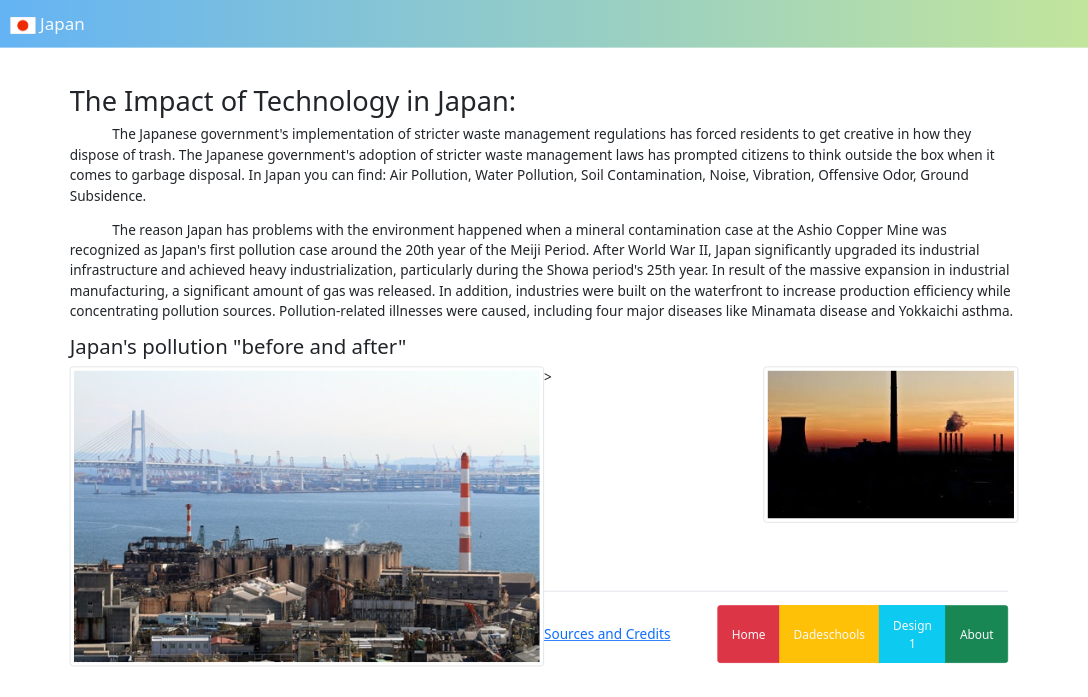
Repository: mrchilliballs/mrchilliballs.github.io
Page: untitled-2.html
These files come from the project's save history. The page is drawn as it stood at one moment and after the next save; the edit follows.
The browser window is 1280 px wide. The pictures show the whole page, at 85% of full size.

Above is the page before, as saved 2021-09-02 19:06:41.

### untitled-2.html
<!DOCTYPE html>
<html lang="en">
<head>
    <meta charset="UTF-8">
    <meta http-equiv="X-UA-Compatible" content="IE=edge">
    <!-- CSS only -->
<link href="https://cdn.jsdelivr.net/npm/bootstrap@5.1.0/dist/css/bootstrap.min.css" rel="stylesheet" integrity="sha384-KyZXEAg3QhqLMpG8r+8fhAXLRk2vvoC2f3B09zVXn8CA5QIVfZOJ3BCsw2P0p/We" crossorigin="anonymous">
    <meta name="viewport" content="width=device-width, initial-scale=1.0">
    <title>Document</title>
    <style>
@keyframes AnimationName {
    0%{background-position:0% 50%}
    50%{background-position:100% 50%}
    100%{background-position:0% 50%}
}
#navabr {
    animation: AnimationName 1s ease infinite !important;
    background: #c2e59c;  /* fallback for old browsers */
    background: -webkit-linear-gradient(to right, #64b3f4, #c2e59c);  /* Chrome 10-25, Safari 5.1-6 */
    background: linear-gradient(to right, #64b3f4, #c2e59c); /* W3C, IE 10+/ Edge, Firefox 16+, Chrome 26+, Opera 12+, Safari 7+ */
}
    </style>
</head>
<body>
    <nav class="navbar navbar-light bg-light fixed-top" id="navabr">
        <div class="container-fluid">
          <a class="navbar-brand" href="#">
            <img src="japan.gif" alt="" width="30" height="20 class="d-inline-block align-text-top">
            <span class="text-light">Japan</span>
          </a>
        </div>
      </nav>
    <main class="container">
<h2 style="margin-top: 100px;">The Impact of Technology in Japan:</h2>
	<p style="text-indent: 50px;">The Japanese government's implementation of stricter waste management regulations has forced residents to get creative in how they dispose of trash. The Japanese government's adoption of stricter waste management laws has prompted citizens to think outside the box when it comes to garbage disposal. In Japan you can find: Air Pollution, Water Pollution, Soil Contamination, Noise, Vibration, Offensive Odor, Ground Subsidence.
	<br></p><p style="text-indent: 50px;">The reason Japan has problems with the environment happened when a mineral contamination case at the Ashio Copper Mine was recognized as Japan's first pollution case around the 20th year of the Meiji Period. After World War II, Japan significantly upgraded its industrial infrastructure and achieved heavy industrialization, particularly during the Showa period's 25th year. In result of the massive expansion in industrial manufacturing, a significant amount of gas was released. In addition, industries were built on the waterfront to increase production efficiency while concentrating pollution sources. Pollution-related illnesses were caused, including four major diseases like Minamata disease and Yokkaichi asthma.
    </p>
    <h4>Japan's pollution "before and after"</h4>
    <img src="Picture1.jpg" class="rounded img-thumbnail img-fluid float-start" alt="..." height="50%" width="50%">
    ><img src="Picture2.jpg" class="rounded img-thumbnail img-fluid float-end" alt="..." height="75%">
    <div style="margin-bottom: 15rem;"></div>
        <div class="container">
            <footer class="d-flex flex-wrap justify-content-between align-items-center py-3 my-4 border-top" style="">
              <div class="dropdown">
                <a class="" href="#" role="button" id="dropdownMenuLink" data-bs-toggle="dropdown" aria-expanded="false">
                  Sources and Credits
                </a>

                <ul class="dropdown-menu" aria-labelledby="dropdownMenuLink">
                  <li><a class="dropdown-item" href="https://www.world-weather-travellers-guide.com/air-pollution-in-japan.htm">Source 1</a></li>
                  <li><a class="dropdown-item" href="https://www.nytimes.com/1964/12/26/archives/tokyo-troubled-by-air-pollution-emphasis-in-smog-control-is-still.html">Source 2</a></li>
                  <li><a class="dropdown-item" href="https://creativecommons.org/licenses/by-nc/2.0/s">Source 3</a></li>
                  <li><a class="dropdown-item" href="https://encyclopedia.1914-1918 online.net/article/science_and_technology_japan ">Source 4</a></li>
                  <li><a class="dropdown-item" href="https://en.wikipedia.org/wiki/Tokyo">Source 5</a></li>
                  <li><a class="dropdown-item" href="https://en.wikipedia.org/wiki/Meiji_Restoration ">Source 6</a></li>
                </ul>
              </div>
              <a href="/" class="col-md-4 d-flex align-items-center justify-content-center mb-3 mb-md-0 me-md-auto link-dark text-decoration-none">
                <svg class="bi me-2" width="40" height="32"><use xlink:href="#bootstrap"></use></svg>
              </a>

              <ul class="nav col-md-4 justify-content-end">
                <div class="btn-group" role="group" aria-label="Basic mixed styles example">
                    <button type="button" class="btn btn-danger btn-sm"><li class="nav-item"><a href="#" class="nav-link px-2 text-light">Home</a></li></button>
                    <button type="button" class="btn btn-warning btn-sm"><li class="nav-item"><a href="https://www3.dadeschools.net" class="nav-link px-2 text-light">Dadeschools</a></li></button>
                    <button type="button" class="btn btn-info btn-sm"><li class="nav-item"><a href="index.html" class="nav-link px-2 text-light">Design 1</a></li></button>
                    <button type="button" class="btn btn-success btn-sm"><li class="nav-item"><a class="nav-link px-2 text-light" href="#" role="button" id="dropdownMenuLink" data-bs-toggle="dropdown" aria-expanded="false">About</a><ul class="dropdown-menu" aria-labelledby="dropdownMenuLink1">
                      <li class="dropdown-item">We made this website using the program language "HTML". It took us a lot of work and we hope we get a good grade on this because we did our best on this website.</li>
                    </ul></li>
                    </button>
                  </div>
              </ul>
            </footer>
          </div>
          <!-- JavaScript Bundle with Popper -->
<script src="https://cdn.jsdelivr.net/npm/bootstrap@5.1.0/dist/js/bootstrap.bundle.min.js" integrity="sha384-U1DAWAznBHeqEIlVSCgzq+c9gqGAJn5c/t99JyeKa9xxaYpSvHU5awsuZVVFIhvj" crossorigin="anonymous"></script>
    </main>
</body>
</html>

After the next save:
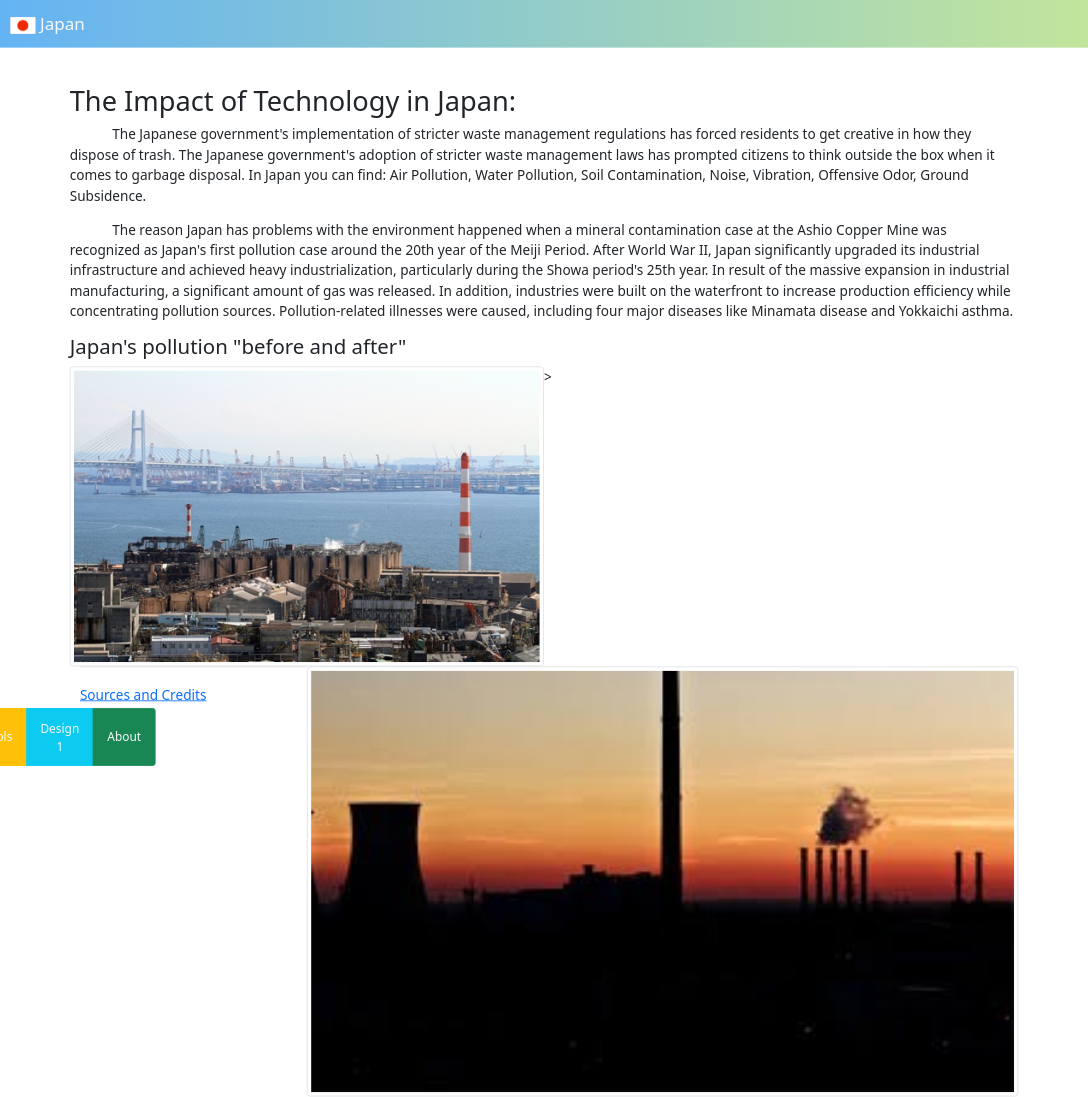
Saved 7 s later.
--- a/untitled-2.html
+++ b/untitled-2.html
@@ -37,7 +37,7 @@
     </p>
     <h4>Japan's pollution "before and after"</h4>
     <img src="Picture1.jpg" class="rounded img-thumbnail img-fluid float-start" alt="..." height="50%" width="50%">
-    ><img src="Picture2.jpg" class="rounded img-thumbnail img-fluid float-end" alt="..." height="75%">
+    ><img src="Picture2.jpg" class="rounded img-thumbnail img-fluid float-end" alt="..." height="75%" width="75%">
     <div style="margin-bottom: 15rem;"></div>
         <div class="container">
             <footer class="d-flex flex-wrap justify-content-between align-items-center py-3 my-4 border-top" style="">
